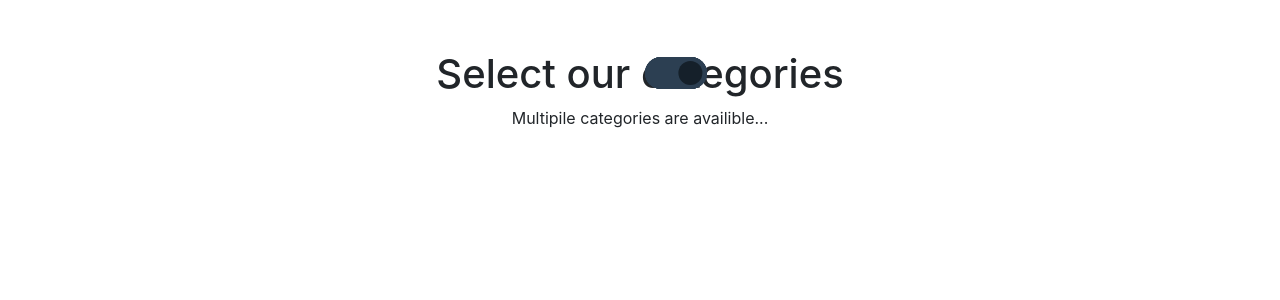
Repository: RafaelAshurov/TruthOrDrink
Page: /chose-your-categories
An editor plug-in stored every save of this project. The page is shown before and after the next save, followed by the edit.
The browser window is 1280 px wide. The pictures show the whole page.
The project was rebuilt for these pictures with package versions that can differ from the ones it lists, and the page was loaded fresh each time. Also part of the build but not shown: src/components/HelloWorld.vue, src/views/Home.vue, src/views/StartGame.vue.

Above is the page before, as saved 2020-10-09 15:22:41.

After the next save:
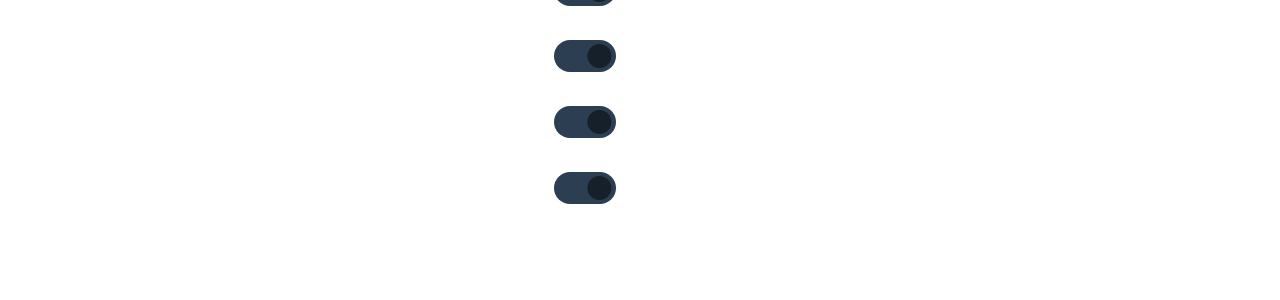
Saved 70 s later.
--- a/src/views/CategorySelect.vue
+++ b/src/views/CategorySelect.vue
@@ -1,9 +1,9 @@
 <template>
-    <div>
+    <div class="check">
         <h1>Select our categories</h1>
         <p>Multipile categories are availible...</p>
         <div
-            class="category-wrapper check"
+            class="category-wrapper"
             v-for="category in categories"
             :key="category.id"
         >
